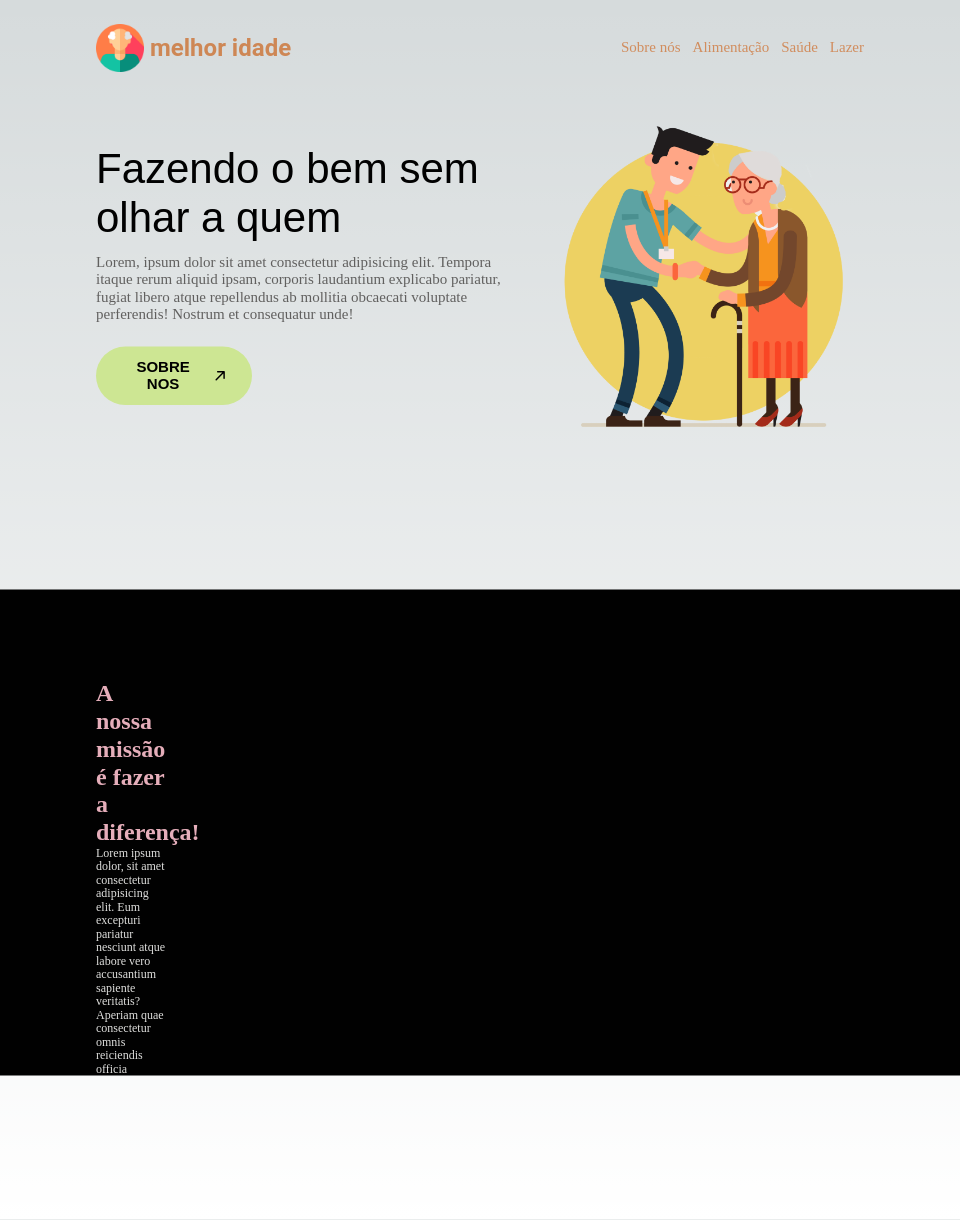
Repository: Giopol12/melhor-idade-online
Page: /index.page
An editor plug-in stored every save of this project. The page is shown before and after the next save, followed by the edit.
The browser window is 1280 px wide. The pictures show the whole page, at 75% of full size.
The project was rebuilt for these pictures with package versions that can differ from the ones it lists, and the page was loaded fresh each time. The framework's server and built-in components were replaced by stand-ins that run in the browser. Also part of the build but not shown: next.config.js.

Above is the page before, as saved 2023-11-21 10:26:30.

After the next save:
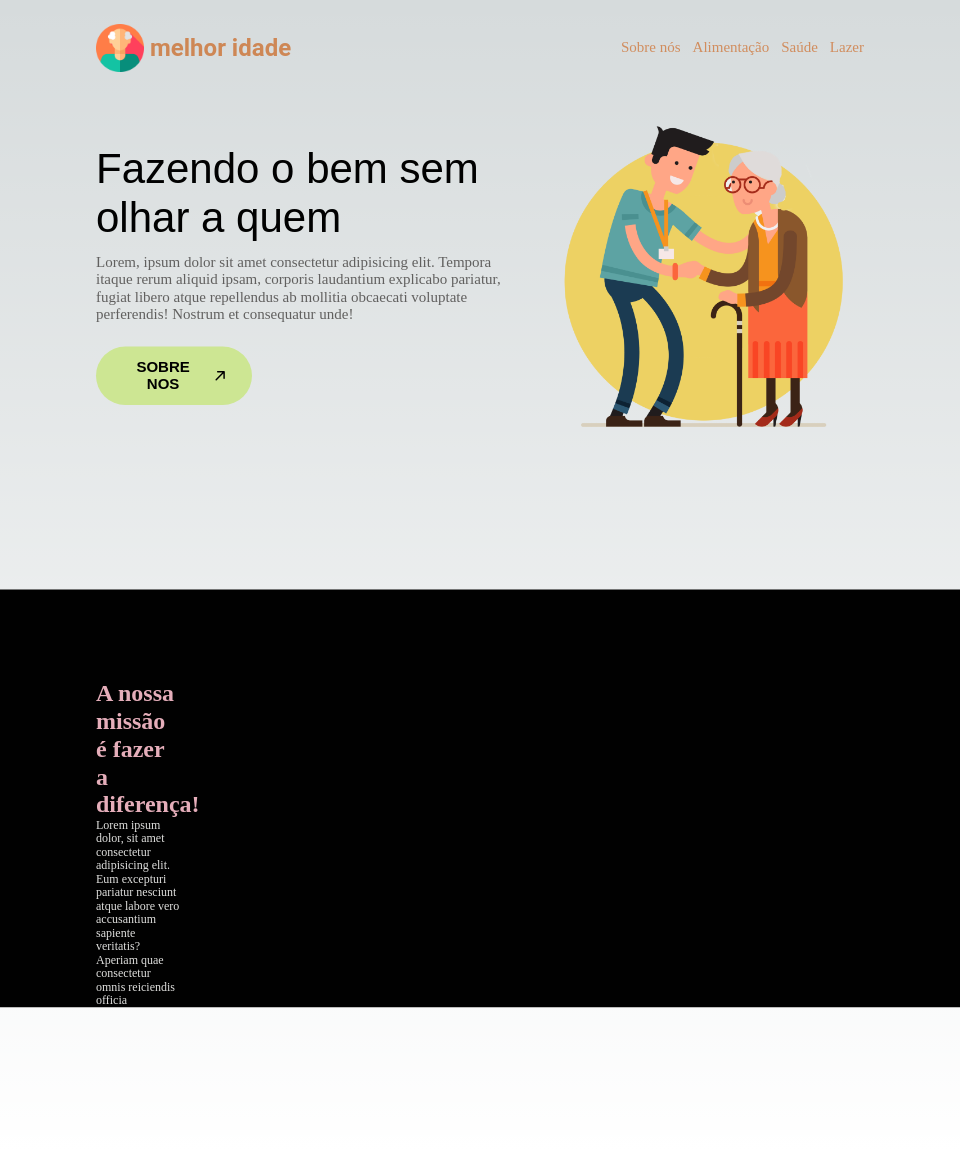
Saved 7 s later.
--- a/src/components/OurMission/styles.ts
+++ b/src/components/OurMission/styles.ts
@@ -10,7 +10,7 @@ export const OurMissionContentContainer = styled('div', {
   margin: '0 auto',
 })
 export const OurMissionTitleAndDescriptionContainer = styled('div', {
-  maxWidth: '6rem',
+  maxWidth: '7rem',
   h1: {
     color: '#E5AEBA',
     fontSize: '$2xl',
